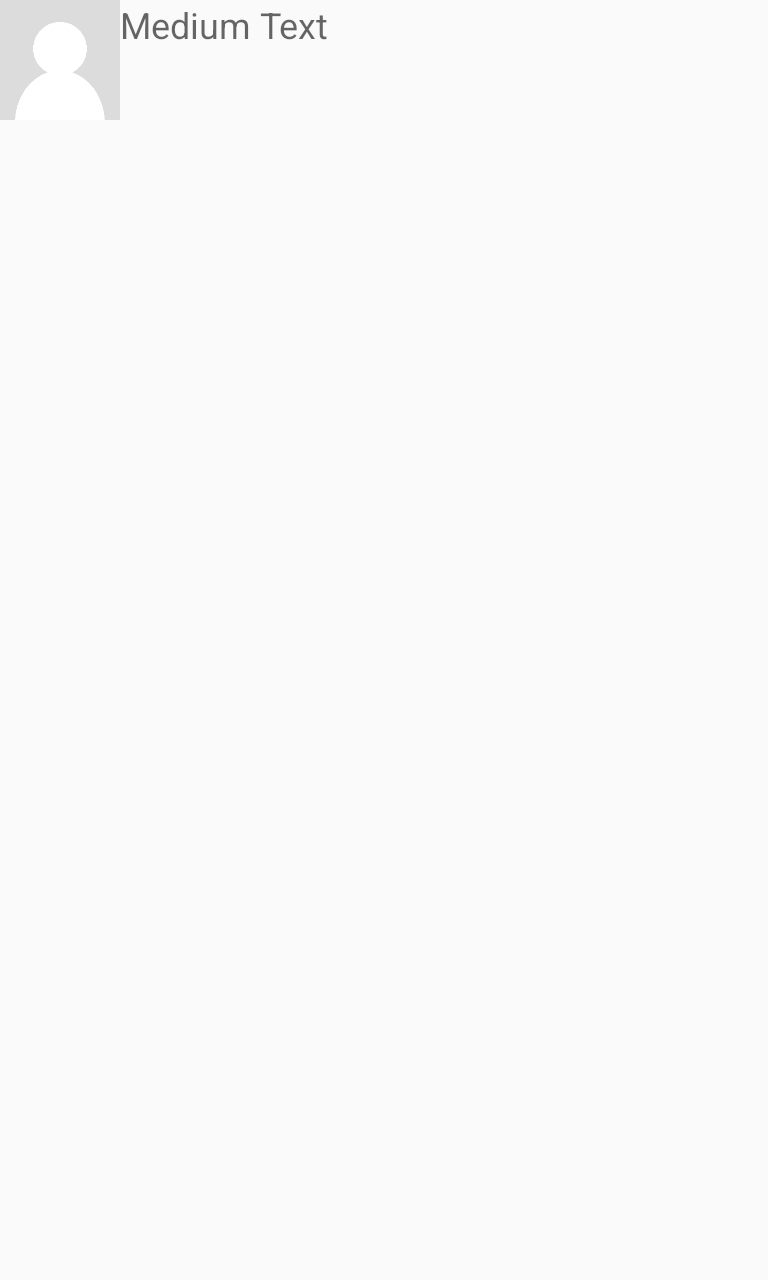
Repository: savindra/cutting-edge
Layout: Humzearch/res/layout/view_response_row.xml
These files come from the project's save history. The layout is drawn as it stood at one moment and after the next save; the edit follows.
Pictures or frames that could not be fetched are drawn as grey boxes. It is drawn on a 768 x 1280 px phone screen (xhdpi) without system bars, with theme AppTheme; the app's code is not run.

Above is the layout before, as saved 2015-06-15 14:28:47.

After the next save:
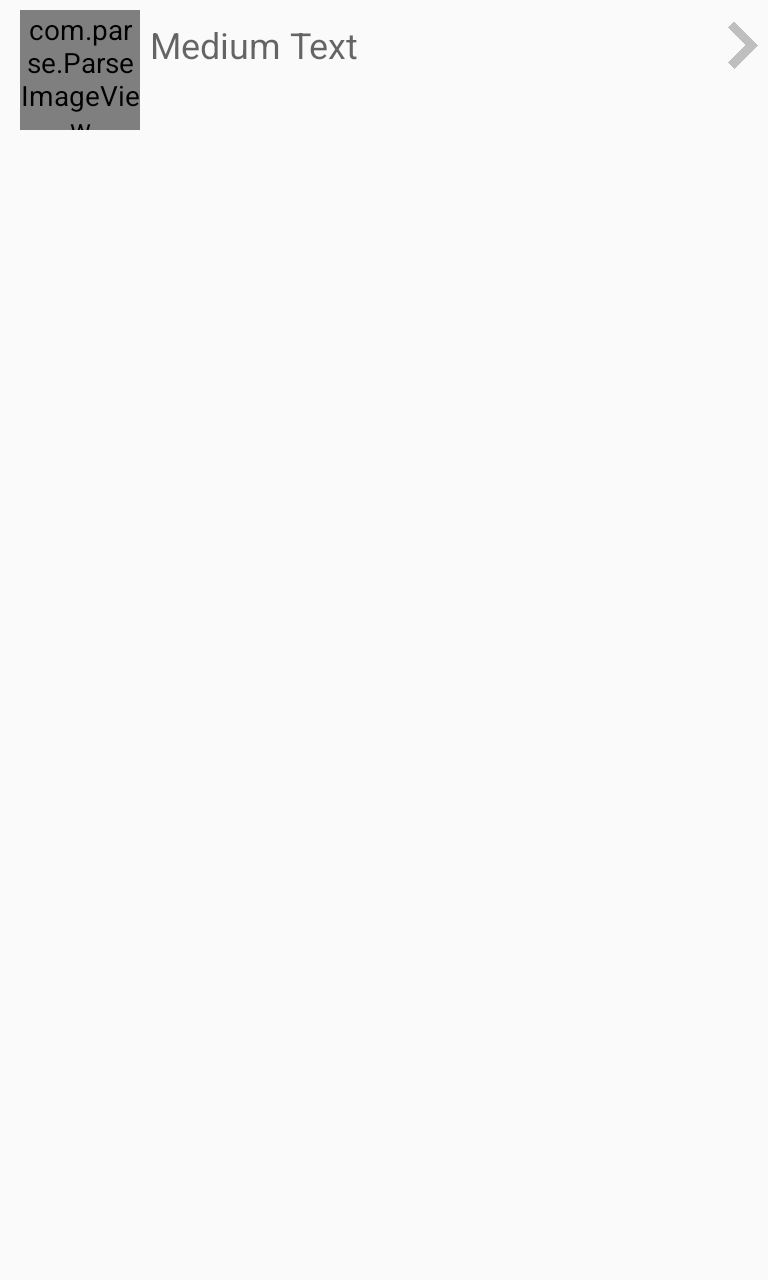
Saved 20 min 31 s later.
--- a/Humzearch/res/layout/view_response_row.xml
+++ b/Humzearch/res/layout/view_response_row.xml
@@ -3,20 +3,33 @@
     android:layout_width="match_parent"
     android:layout_height="match_parent" >
 
-    <ImageView
+    <com.parse.ParseImageView
         android:id="@+id/imgViewResponseUser"
         android:layout_width="60dp"
         android:layout_height="60dp"
         android:layout_alignParentLeft="true"
         android:layout_alignParentTop="true"
+        android:layout_marginLeft="10dp"
+        android:layout_marginTop="5dp"
         android:src="@drawable/ic_default_user" />
 
     <TextView
         android:id="@+id/txtViewResponse"
         android:layout_width="wrap_content"
         android:layout_height="wrap_content"
+        android:layout_marginLeft="5dp"
+        android:layout_marginTop="10dp"
         android:layout_toRightOf="@+id/imgViewResponseUser"
         android:text="Medium Text"
         android:textAppearance="?android:attr/textAppearanceMedium" />
 
+    <ImageView
+        android:id="@+id/imageView1"
+        android:layout_width="15dp"
+        android:layout_height="45dp"
+        android:layout_alignParentRight="true"
+        android:layout_alignParentTop="true"
+        android:layout_marginRight="5dp"
+        android:src="@drawable/ic_right_arrow" />
+
 </RelativeLayout>
